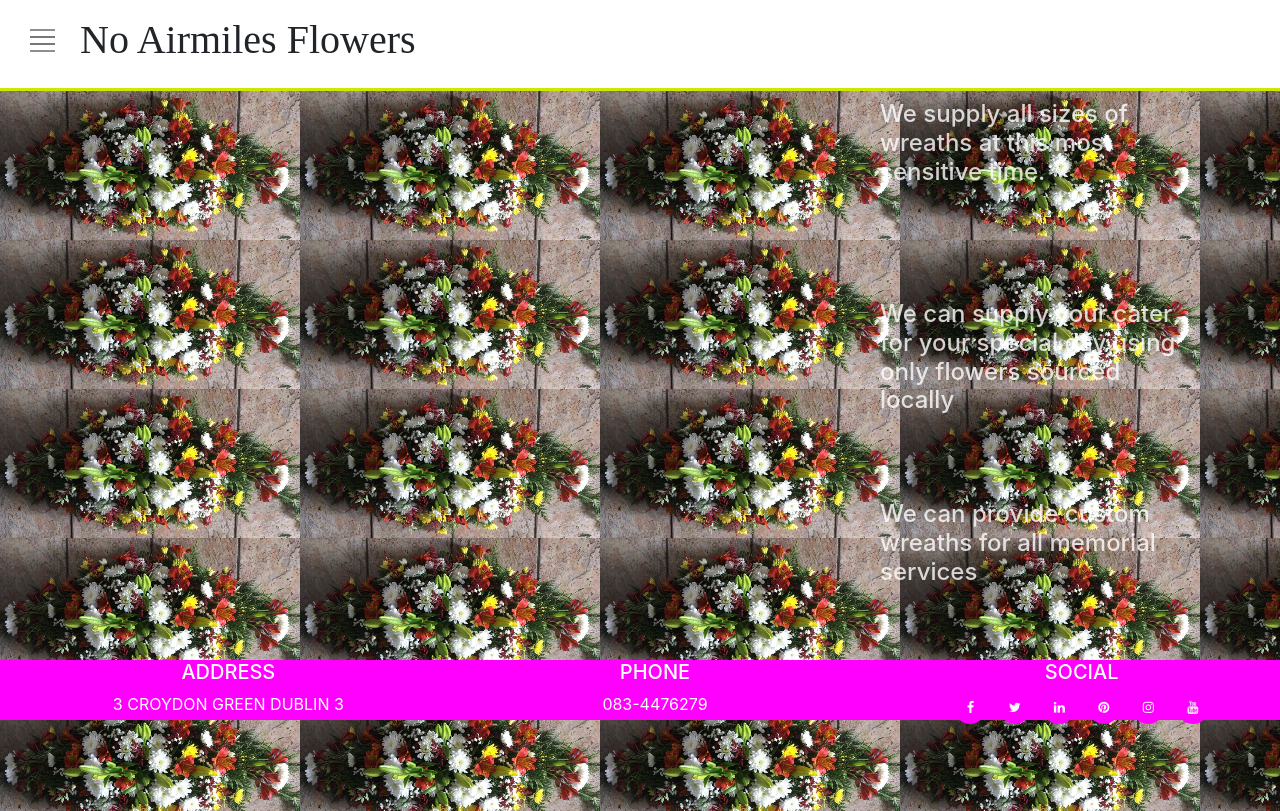
Repository: ConorTC1990/Flowers
Page: Wreaths.html
The author's editor kept a record of every edit. The page is drawn from the files as they stood at one moment, then again after the next edit.
The browser window is 1280 px wide. The pictures show the whole page.
Some web libraries are served in a nearby version.

Above is the page before.

After the next edit:
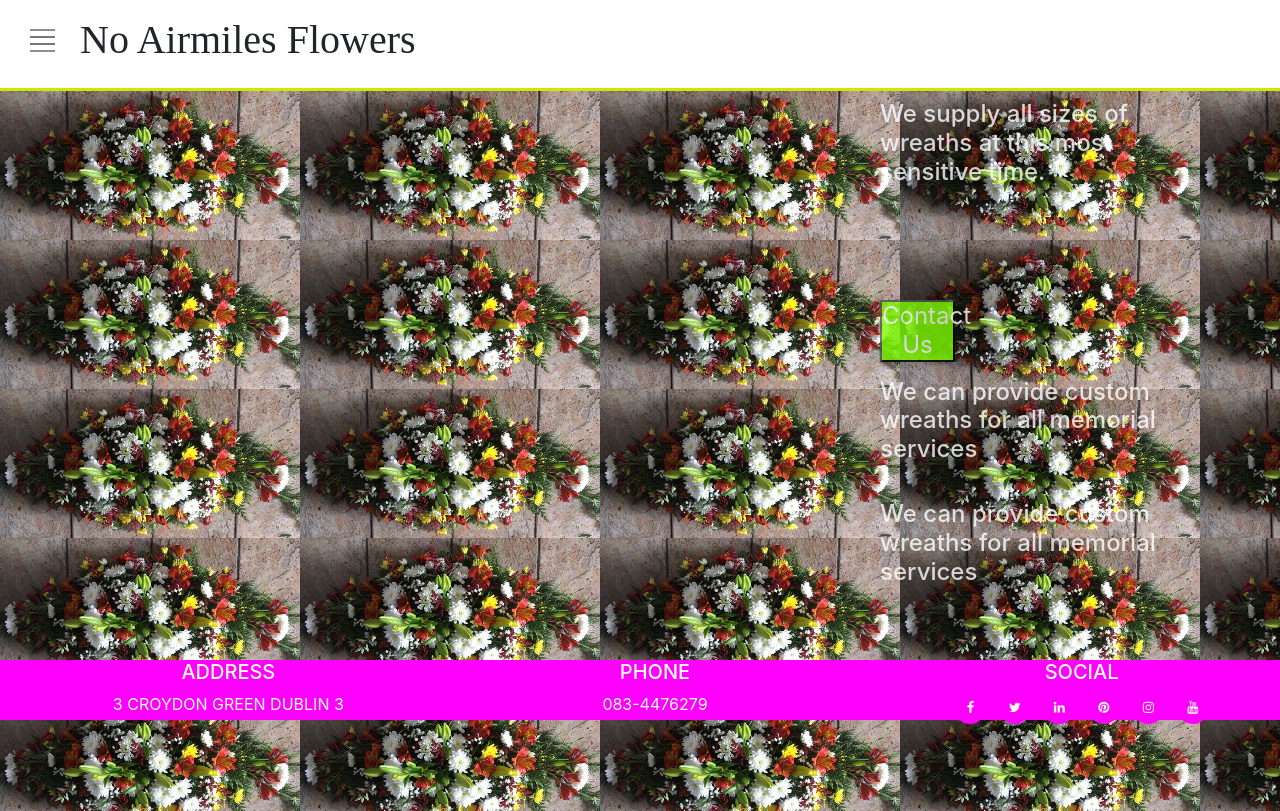
The edit:
--- a/Wreaths.html
+++ b/Wreaths.html
@@ -38,8 +38,8 @@
           We can provide custom wreaths for all memorial services
         </h4>
          <h4 class="callout3">
-          We can supply your cater for your special day using only flowers sourced locally
-        </h4>
+           <p class"buttonsticky"><button class= "button">Contact Us</button></span></li></p>
+        We can provide custom wreaths for all memorial services</h4>
         </div>
        <div class="videoclass2wreaths">
 		    <div class=videoclass2padding></div>
